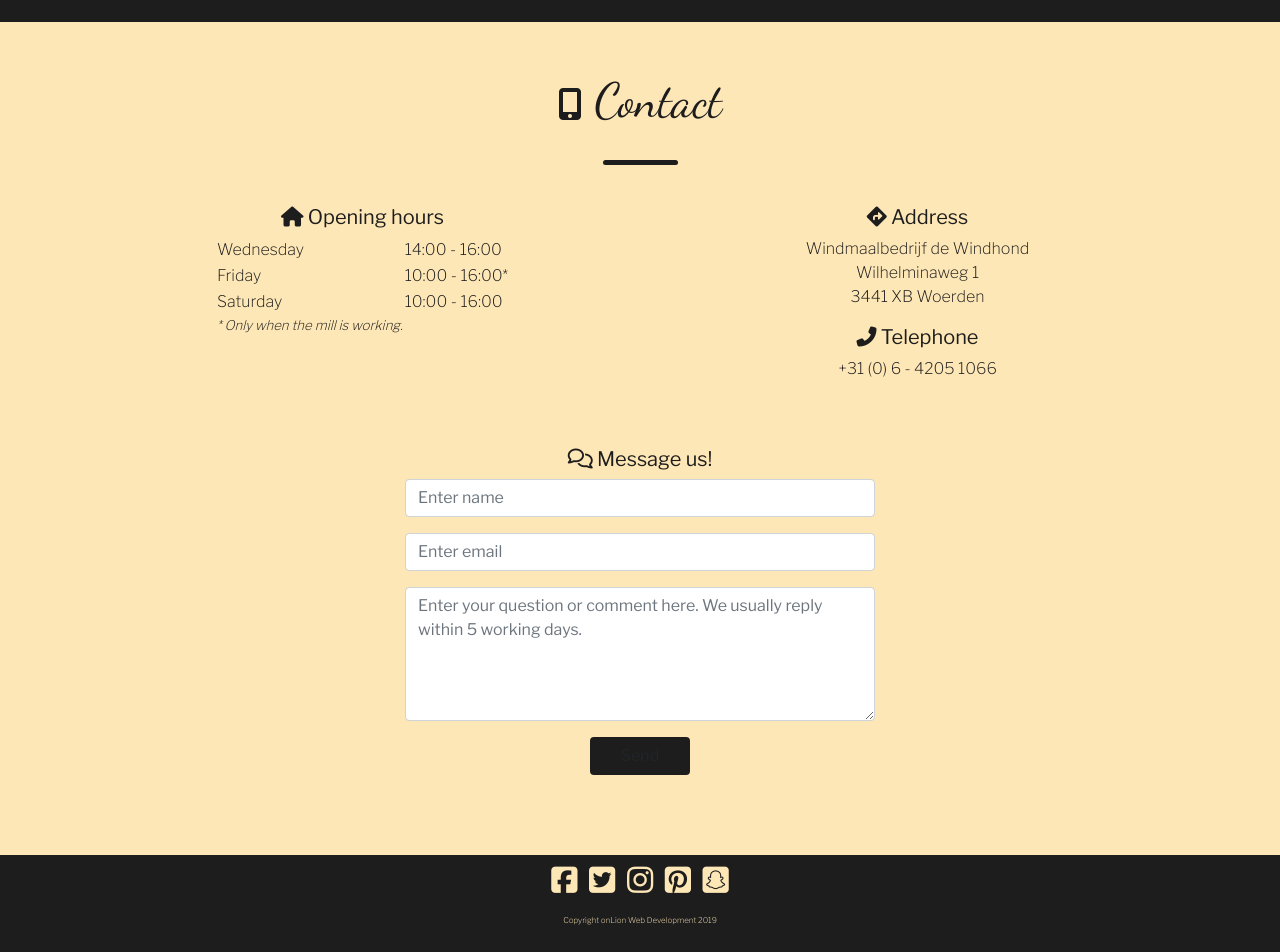
Repository: jdl208/DeWindhond
Page: index.html
The author's editor kept a record of every edit. The page is drawn from the files as they stood at one moment, then again after the next edit.
The browser window is 1280 px wide. The pictures show the part of the page from y = 1986 to 2938 px (the page is 2938 px tall).
The pointer rests on the first visible `.btn--dark`.
Some web libraries are served in a nearby version.

Above is the page before.

After the next edit:
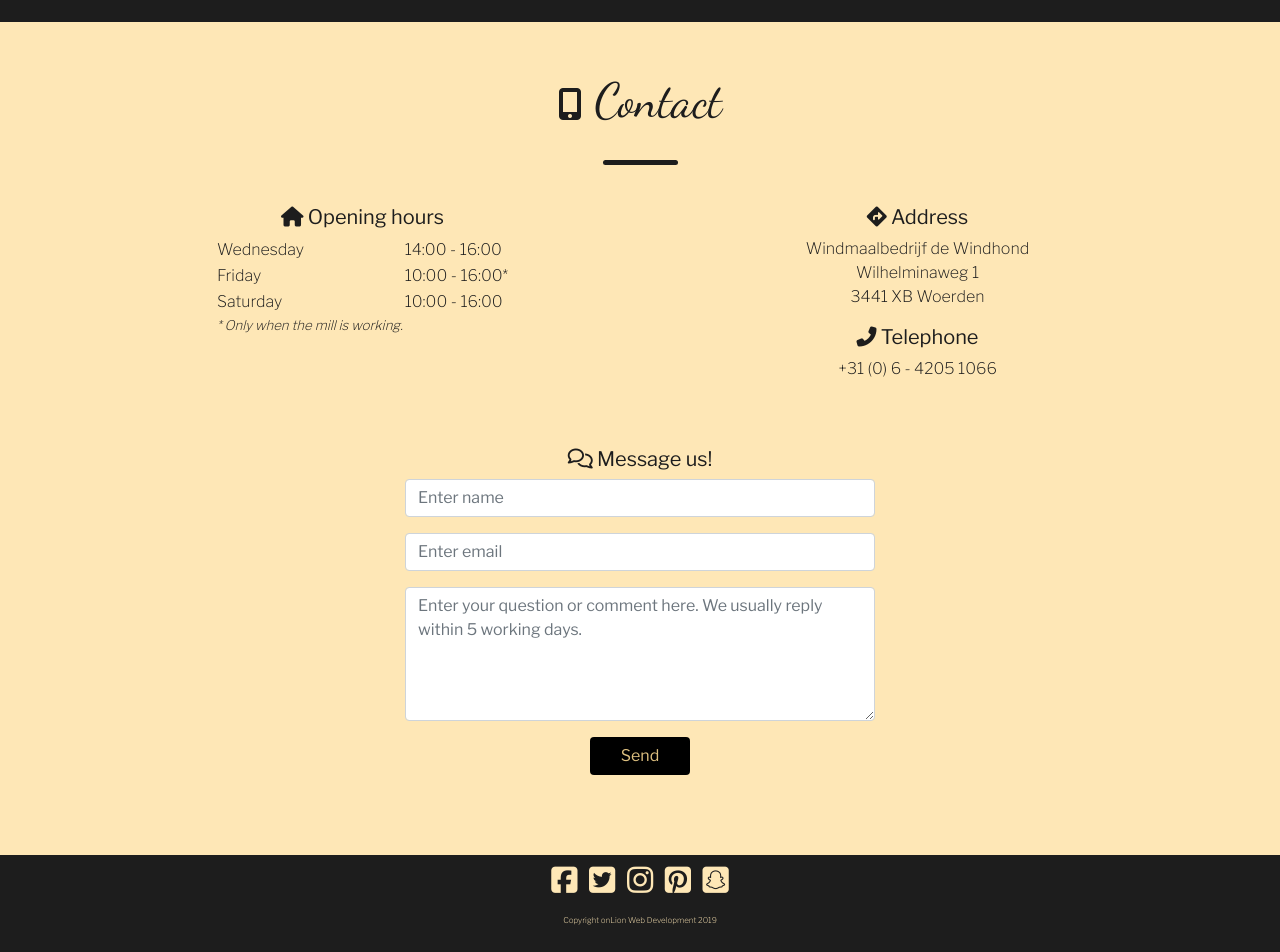
The edit:
--- a/assets/css/style.css
+++ b/assets/css/style.css
@@ -59,6 +59,12 @@
     background-color: rgba(29, 29, 29, 1);
     text-align: center;
 }
+
+.btn--dark:hover {
+    color: #dec080;
+    background-color: #000;
+}
+
 
 /* ---------------------------------------------- Headings */
 
